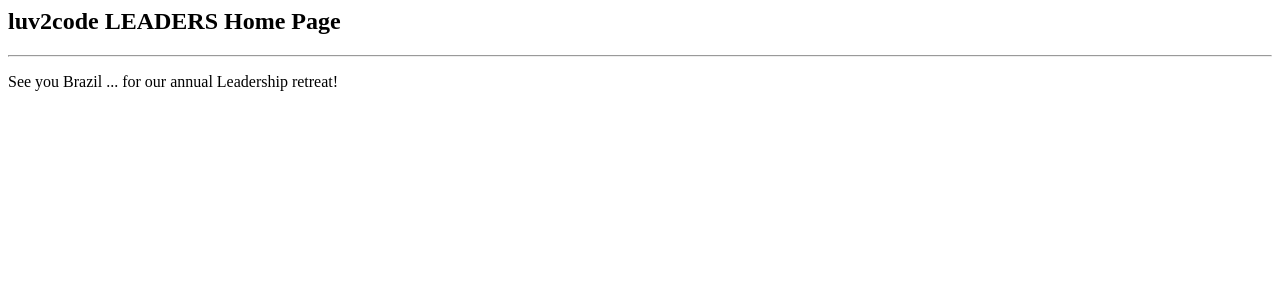
Repository: MOURAD1997-ctrl/dev-security
Page: http://localhost/spring-security-demo-07-user-roles/leaders
The author's editor kept a copy of each file at every save. The page is drawn from the files as they stood at one save, then again after the next save.
The browser window is 1280 px wide. The pictures show the whole page.
The page is served by Tomcat 9. Other server files are loaded and not shown.

Above is the page before, as saved 2020-06-05 18:40:08.

### spring-security-demo-07-user-roles/src/main/webapp/WEB-INF/view/leaders.jsp
<html>

<head>
   <title>luv2code LEADERS Home Page</title>
</head>

<body>

   <h2>luv2code LEADERS Home Page</h2>

   <hr>

   <p>
      See you Brazil ... for our annual Leadership retreat!
      <br>

   </p>
</body>

</html>

After the next save:
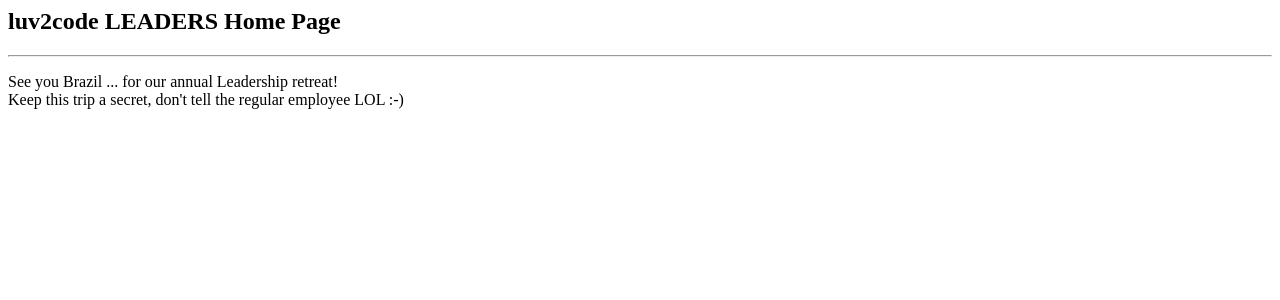
Saved 47 s later.
--- a/spring-security-demo-07-user-roles/src/main/webapp/WEB-INF/view/leaders.jsp
+++ b/spring-security-demo-07-user-roles/src/main/webapp/WEB-INF/view/leaders.jsp
@@ -13,7 +13,7 @@
    <p>
       See you Brazil ... for our annual Leadership retreat!
       <br>
-
+      Keep this trip a secret, don't tell the regular employee LOL :-)
    </p>
 </body>
 
